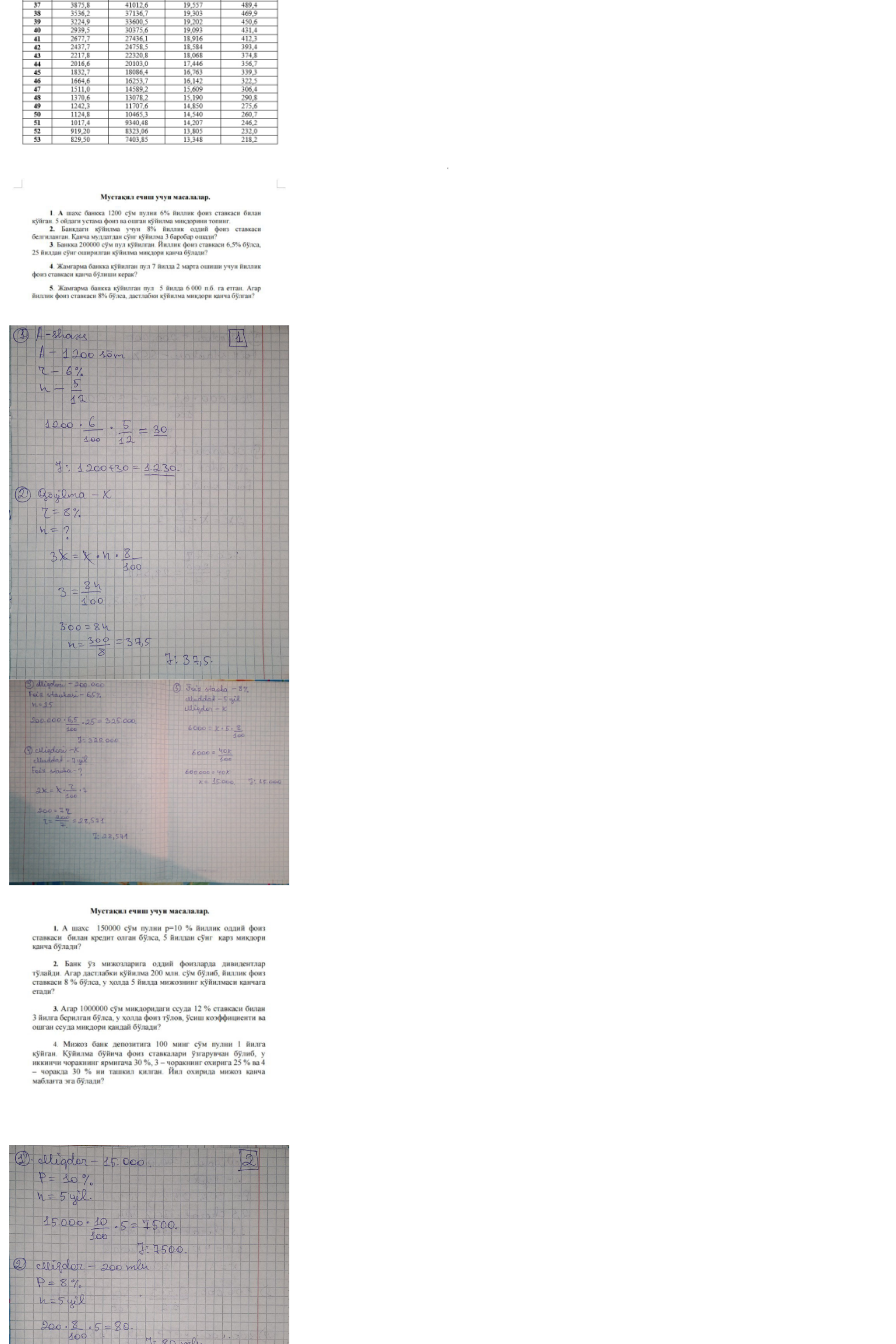
Repository: Ikromkhurozov/exam-inst
Page: index.html
An editor plug-in stored every save of this project. The page is shown before and after a run of saves, followed by the edit.
The browser window is 1280 px wide. The pictures show the part of the page from y = 1474 to 3394 px (the page is 8020 px tall before and 8610 px after), at 70% of full size.

Above is the page before, as saved 2023-05-26 09:57:10.

After the next 4 saves:
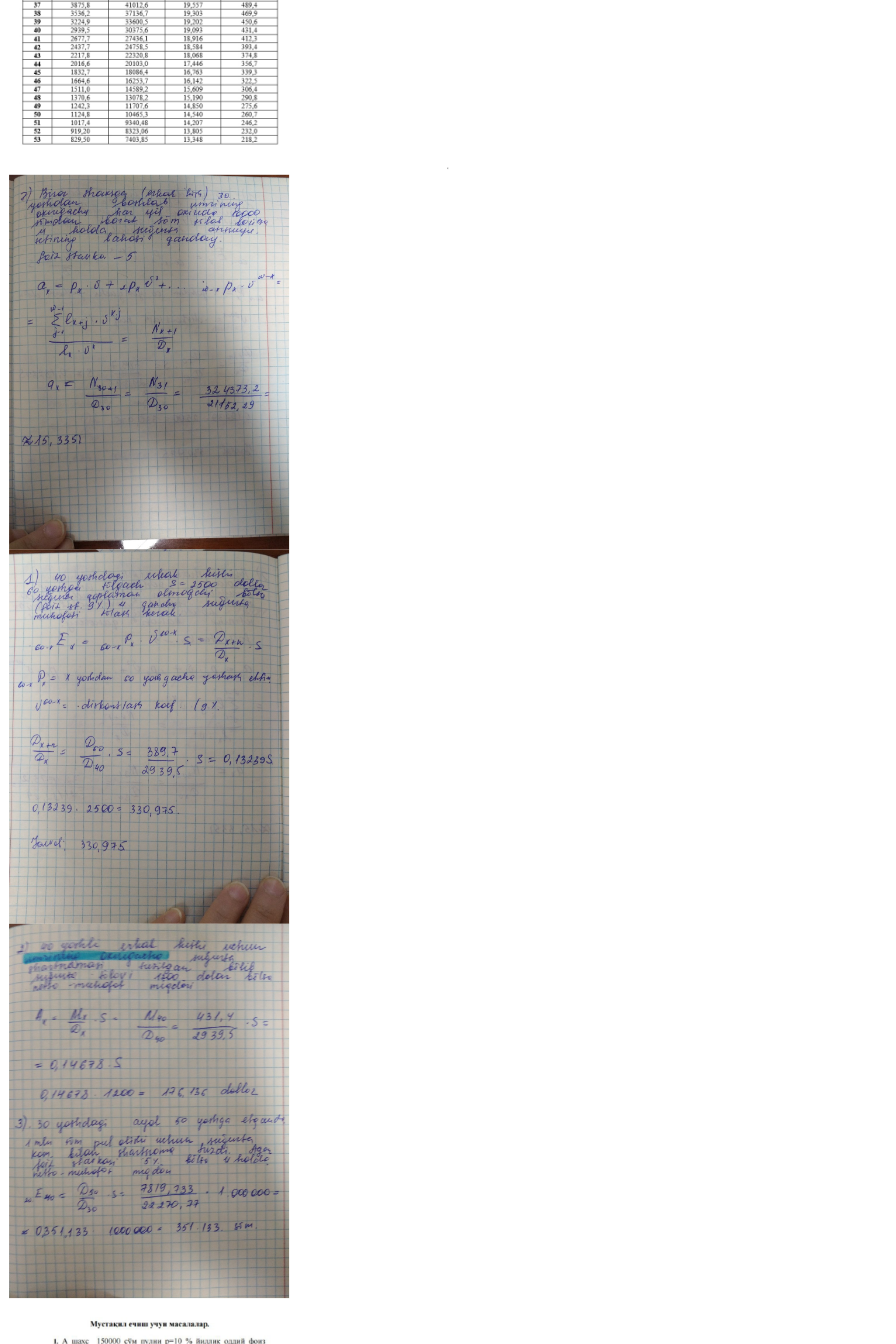
The 4 saves are shown as one change because they came seconds apart.
The last was saved 13 s later.
--- a/index.html
+++ b/index.html
@@ -30,9 +30,9 @@
 
   <hr>
 
-  <img src="/1.jpg" alt="p1">
-  <img src="/2.jpg" alt="p4">
-  <img src="/3.jpg" alt="p2">
+  <img src="/a.jpg" alt="p1">
+  <img src="/b.jpg" alt="p4">
+  <img src="/c.jpg" alt="p2">
   <img src="/4.jpg" alt="p3">
   <img src="/5.jpg" alt="p4">
   <img src="/6.jpg" alt="p2">
